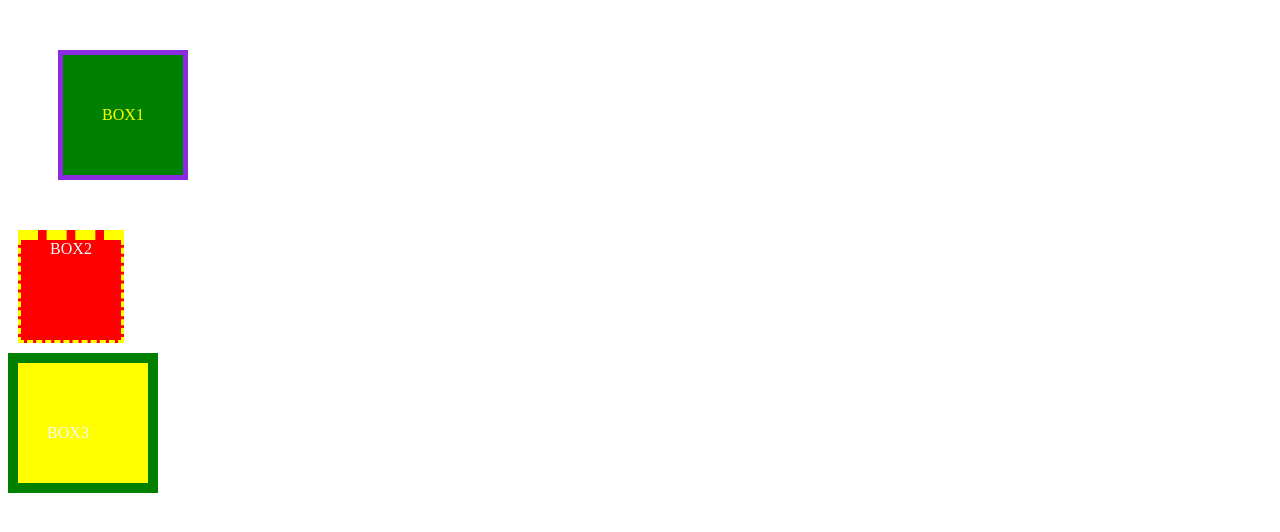
Repository: Ducspdn/WeTheBandF8
Page: html_learn_f8/padding.html
An editor plug-in stored every save of this project. The page is shown before and after the next save, followed by the edit.
The browser window is 1280 px wide. The pictures show the whole page.

Above is the page before, as saved 2023-01-12 20:39:35.

After the next save:
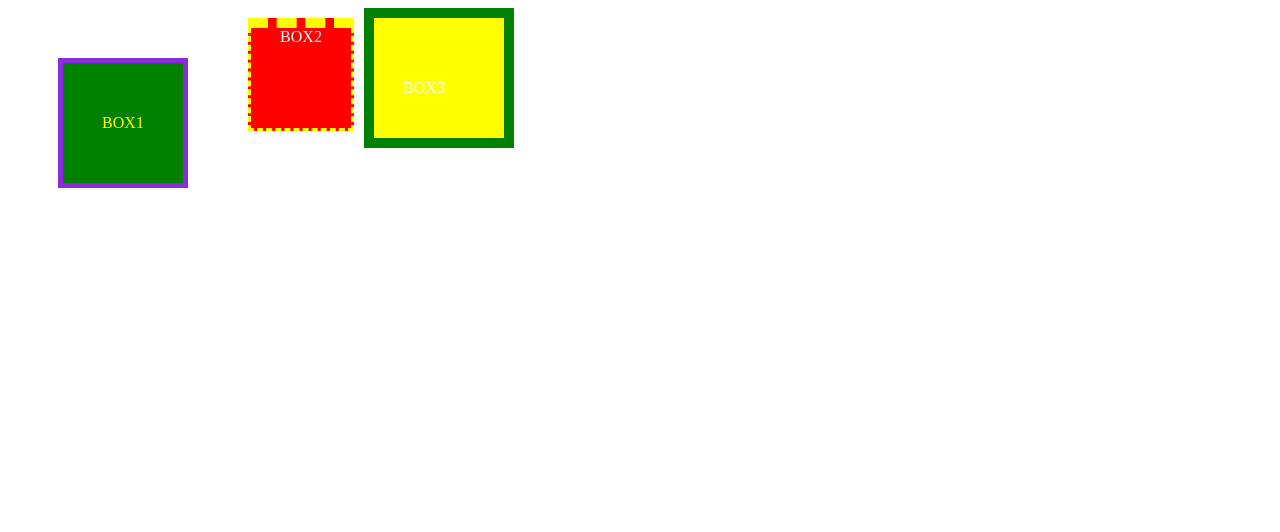
Saved 85 s later.
--- a/html_learn_f8/padding.html
+++ b/html_learn_f8/padding.html
@@ -17,6 +17,7 @@
                 border-color: blueviolet;
                 border-style: solid;
                 margin: 50px;
+                float: left;
             }
             .box2{
                 background : red;
@@ -31,6 +32,7 @@
                 border-color: yellow;
                 /* css margin : không làm tăng kich thước của element và nó dùng di chuyển element đến vị trí khác */
                 margin : 10px;
+                float: left;
 
             }
             .box3{
@@ -48,6 +50,7 @@
                 margin-right :100px ;
                 /* boder : viền bao xung quanh các eletment, boder và padding làm tăng kich thước */
                 border: 10px solid green;
+                float : left ;
             }
 
         </style>
